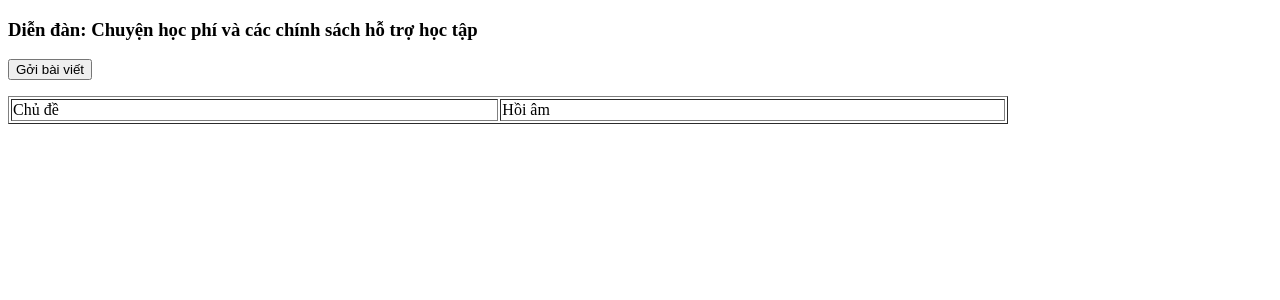
Repository: nguyenthanhnhan-st-961/GiuaKyChuyenDeWeb
Page: http://localhost/listTopics
The author's editor kept a copy of each file at every save. The page is drawn from the files as they stood at one save, then again after the next save.
The browser window is 1280 px wide. The pictures show the whole page.
The page is this project's Thymeleaf template; nobody is signed in. The template is opened directly, without the code that normally fills it, so the values that code supplies are empty.

Above is the page before, as saved 2023-04-12 01:03:52.

### Forum/src/main/resources/templates/listTopics.html
<!DOCTYPE html>
<html xmlns:th="http://www.thymeleaf.org">
<head>
<meta charset="ISO-8859-1">
<title>List Topics</title>
<style>
	tr:nth-child(even), th:nth-child(even) {
	  background-color: #D6EEEE;
	}
</style>
</head>
<body>
	<h3>Diễn đàn: Chuyện học phí và các chính sách hỗ trợ học tập</h3>

	<p> <a href="#"><button type="button">Gởi bài viết</button></a></p>

	<table border="1" style="width:1000px">
		<thead>
			<tr>
				<td>Chủ đề</td>
				<td>Hồi âm</td>
			</tr>
		</thead>
		<tbody>
			<tr th:each="topic : ${topics}">
				<td>
					<a th:href="@{/showTopic (id=${topic.getId()})}" th:text="${topic.title}"></a><br>
						 <p th:with="newMessage=${topic.getNewMessage()}">
							 Bài mới nhất by
							 <a href="#" th:if="${newMessage != null}" th:text="${newMessage.creator.username}"></a>,
							 <a href="#" th:if="${newMessage == null}" th:text="${topic.creator.username}"></a>,
							<span th:text="${topic.createdTime}"></span>

						 </p>
				</td>
				<td th:text="${topic.messages.size()}"></td>
			</tr>
		</tbody>
	</table>
</body>
</html>

After the next save:
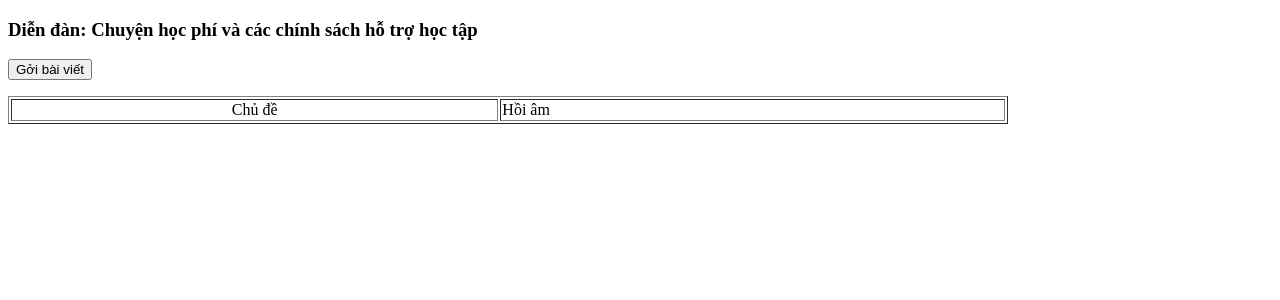
Saved 58 s later.
--- a/Forum/src/main/resources/templates/listTopics.html
+++ b/Forum/src/main/resources/templates/listTopics.html
@@ -17,7 +17,7 @@
 	<table border="1" style="width:1000px">
 		<thead>
 			<tr>
-				<td>Chủ đề</td>
+				<td align="center">Chủ đề</td>
 				<td>Hồi âm</td>
 			</tr>
 		</thead>
